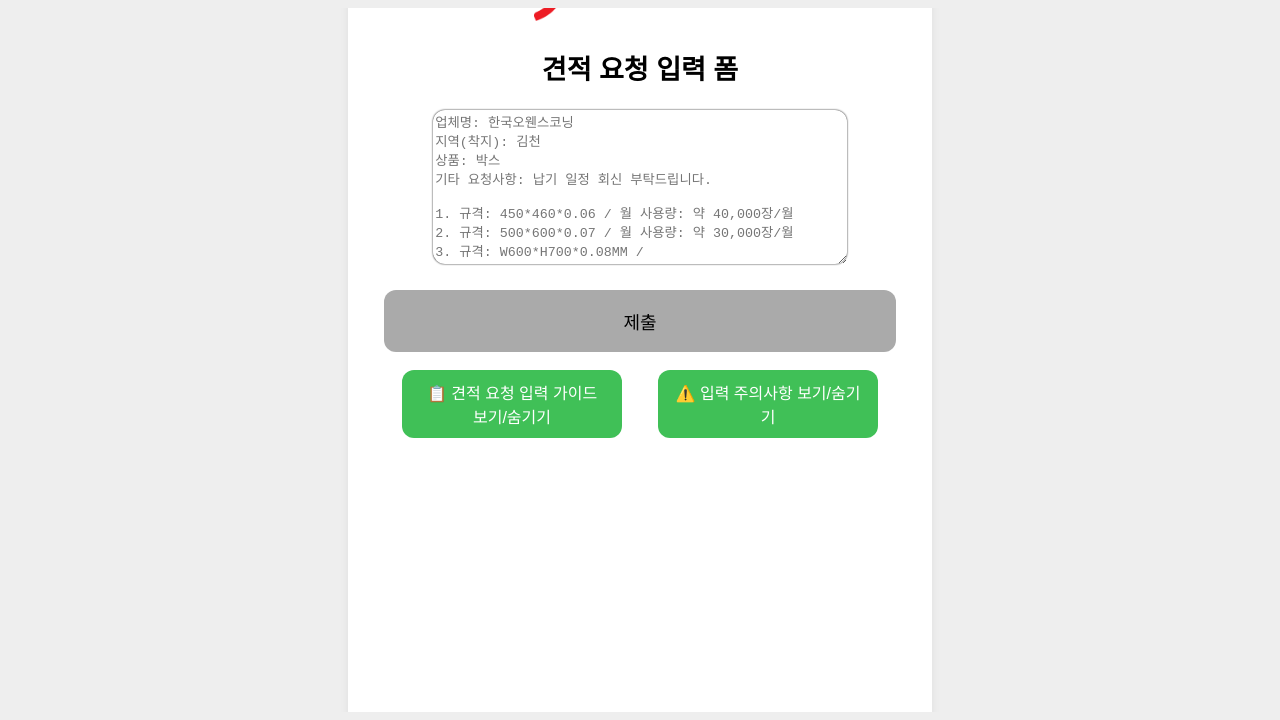
Repository: deul428/logis_test
Page: index.html
The author's editor kept a copy of each file at every save. The page is drawn from the files as they stood at one save, then again after the next save.
The browser window is 1280 px wide. The pictures show the whole page.
An inner scrolling area shows only its first screen. Some web fonts or font styles are not loaded; a fallback is used.

Above is the page before, as saved 2025-09-16 17:55:02.

### index.html
<!DOCTYPE html>
<!--
📋 견적 요청 입력 가이드
업체명: [회사명]
지역: [납품지역]
요청사항: [납기, 샘플 등 요청사항]1
1. 상품: / 규격: / 사용량: [월 예상 사용량] / 사용금액: [월 예상 사용금액] / 인쇄: [O/X]
2. 상품: / 규격: / 사용량: [월 예상 사용량] / 사용금액: [월 예상 사용금액] / 인쇄: [O/X]
3. 상품: / 규격: / 사용량: [월 예상 사용량] / 사용금액: [월 예상 사용금액] / 인쇄: [O/X]
⚠️ 입력 주의사항
1. 번호 표기 필수
　- 상품/규격별 정보는 반드시 1., 2., 3. 번호를 붙여 구분합니다.
2. 상품명 표기
　- 동일 상품 + 여러 규격 → 상품:은 한 번만 쓰고, 아래에 규격을 나열해도 가능
　- 서로 다른 상품 → 각 번호마다 반드시 개별 상품:을 함께 작성
3. 필수/선택 항목
　- 업체명, 지역, 상품은 필수
　- 규격, 사용량, 사용금액, 인쇄, 요청사항 등은 선택 (없는 값은 생략 가능) -->
<html lang="ko">
  <head>
    <meta charset="UTF-8" />
    <title>견적 요청 입력 폼</title>
    <link rel="stylesheet" href="./styles/common.css" />
  </head>
  <body>
    <div class="wrap">
      <div class="cntnt_box">
        <div id="header">
          <img class="ci" src="./src/aj_ci.png" />
          <h2>견적 요청 입력 폼</h2>
        </div>
        <div id="input_area">
          <form
            action="https://script.google.com/macros/s/AKfycbwvnTOYbOr6LT2mzblHA0HMxfJFboeq3WsBVHAYUvir3JEZxm_Qbn3yYHUbS3F-L1Fz/exec"
            method="post"
          >
            <!-- <label>메시지:</label><br /> -->
            <textarea
              name="message"
              rows="10"
              placeholder="업체명: 한국오웬스코닝
지역(착지): 김천
상품: 박스
기타 요청사항: 납기 일정 회신 부탁드립니다.

1. 규격: 450*460*0.06 / 월 사용량: 약 40,000장/월
2. 규격: 500*600*0.07 / 월 사용량: 약 30,000장/월
3. 규격: W600*H700*0.08MM /"
            ></textarea
            ><br /><br />
            <button type="submit">제출</button>
          </form>
        </div>
        <div id="desc_area">
          <div>
            <button class="toggle" onclick="toggleGuide('guideBox_01')">
              📋 견적 요청 입력 가이드 보기/숨기기
            </button>
            <div id="guideBox_01" class="desc_box">
              <div id="guide_01" class="desc">
                <p>📋 견적 요청 입력 가이드</p>
                <p>
                  업체명: [회사명]<br />
                  지역: [납품지역]<br />
                  요청사항: [납기, 샘플 등 요청사항]
                </p>

                <p>
                  1. 상품: / 규격: / 사용량: [월 예상 사용량] / 사용금액: [월
                  예상 사용금액] / 인쇄: [O/X]<br />
                  2. 상품: / 규격: / 사용량: [월 예상 사용량] / 사용금액: [월
                  예상 사용금액] / 인쇄: [O/X]<br />
                  3. 상품: / 규격: / 사용량: [월 예상 사용량] / 사용금액: [월
                  예상 사용금액] / 인쇄: [O/X]
                </p>
              </div>
            </div>
          </div>
          <div>
            <button class="toggle" onclick="toggleGuide('guideBox_02')">
              ⚠️ 입력 주의사항 보기/숨기기
            </button>
            <div id="guideBox_02" class="desc_box">
              <div id="guide_02" class="desc">
                <p>⚠️ 입력 주의사항</p>
                <p>
                  1. 번호 표기 필수<br />
                  - 상품/규격별 정보는 반드시 1., 2., 3. 번호를 붙여
                  구분합니다.<br />
                  2. 상품명 표기<br />
                  - 동일 상품 + 여러 규격 → 상품:은 한 번만 쓰고, 아래에 규격을
                  나열해도 가능<br />
                  - 서로 다른 상품 → 각 번호마다 반드시 개별 상품:을 함께
                  작성<br />
                  3. 필수/선택 항목<br />
                  - 업체명, 지역, 상품은 필수<br />
                  - 규격, 사용량, 사용금액, 인쇄, 요청사항 등은 선택 (없는 값은
                  생략 가능)
                </p>
              </div>
            </div>
          </div>
        </div>
      </div>
    </div>
  </body>
  <script>
    function toggleGuide(e) {
      const guideBox = document.getElementById(e);
      guideBox.classList.toggle("open");
    }
  </script>
</html>

### styles/common.css
@import url("https://fonts.googleapis.com/css2?family=Chiron+GoRound+TC:wght@200..900&family=Nanum+Pen+Script&display=swap");
html,
body {
  font-family: "Chiron GoRound TC", sans-serif;
  font-optical-sizing: auto;
  font-weight: 400;
  font-style: normal;
  font-size: 18px;
  width: 100dvw;
  height: 100dvh;
  overflow: hidden;
  background: #eee;
  display: flex;
  justify-content: center;
  align-items: center;
  flex-direction: column;
}
.wrap {
  width: 40%;
  /* height: 60%; */
  padding: 2rem;
  background: white;
  border-radius: 12px;
  box-shadow: 0 5px 10px 0 rgba(0, 0, 0, 0.064);
}
.cntnt_box {
  width: 100%;
  height: 100%;
  display: flex;
  justify-content: flex-start;
  align-items: center;
  flex-direction: column;
}
#header {
  text-align: center;
  width: 20dvw;
}
.ci {
  width: 100%;
}

#input_area {
  margin-bottom: 1rem;
  width: 100%;
}
#input_area form {
  width: 100%;
  text-align: center;
}
#input_area form > textarea {
  width: 80%;
  border: none;
  border-radius: 12px;
  box-shadow: 0 0 2px 0 #000;
}
#input_area label {
}
#input_area button {
  all: unset;
  width: 100%;
  background: #aaa;
  padding: 1rem 0;
  border-radius: 12px;
  transition: background 0.3s linear;
  cursor: pointer;
}
#input_area button:hover {
  background: #ccc;
}
#desc_area {
  width: 100%;
  height: 50dvh;
  overflow-y: auto;
  margin-bottom: 24px;
  display: flex;
  flex-direction: row;
}
#desc_area > div {
  width: 50%;
}
#desc_area > div .toggle {
  width: calc(100% - 2rem);
  margin-inline-start: 1rem;
  z-index: 999;
  display: inline-block;
  padding: 10px 16px;
  font-size: 16px;
  background: #40c057;
  color: #fff;
  border: none;
  border-radius: 12px;
  cursor: pointer;
  transition: background 0.3s linear;
}
#desc_area .toggle:hover {
  background: #37b24d;
}

#desc_area > div .desc_box {
  width: calc(100% - 4rem);
  margin-inline-start: 1rem;
  display: flex;
  flex-direction: column;
  max-height: 0;
  opacity: 0;
  transition: max-height 0.3s linear; /* , opacity 0.3s linear; */
  background: #f9f9f9;
  border: 1px solid #ddd;
  border-radius: 6px;
  margin-top: 10px;
  padding: 1rem;
}

#desc_area .desc_box.open {
  max-height: 500px; /* 충분히 큰 값 */
  opacity: 1;
}

After the next save:
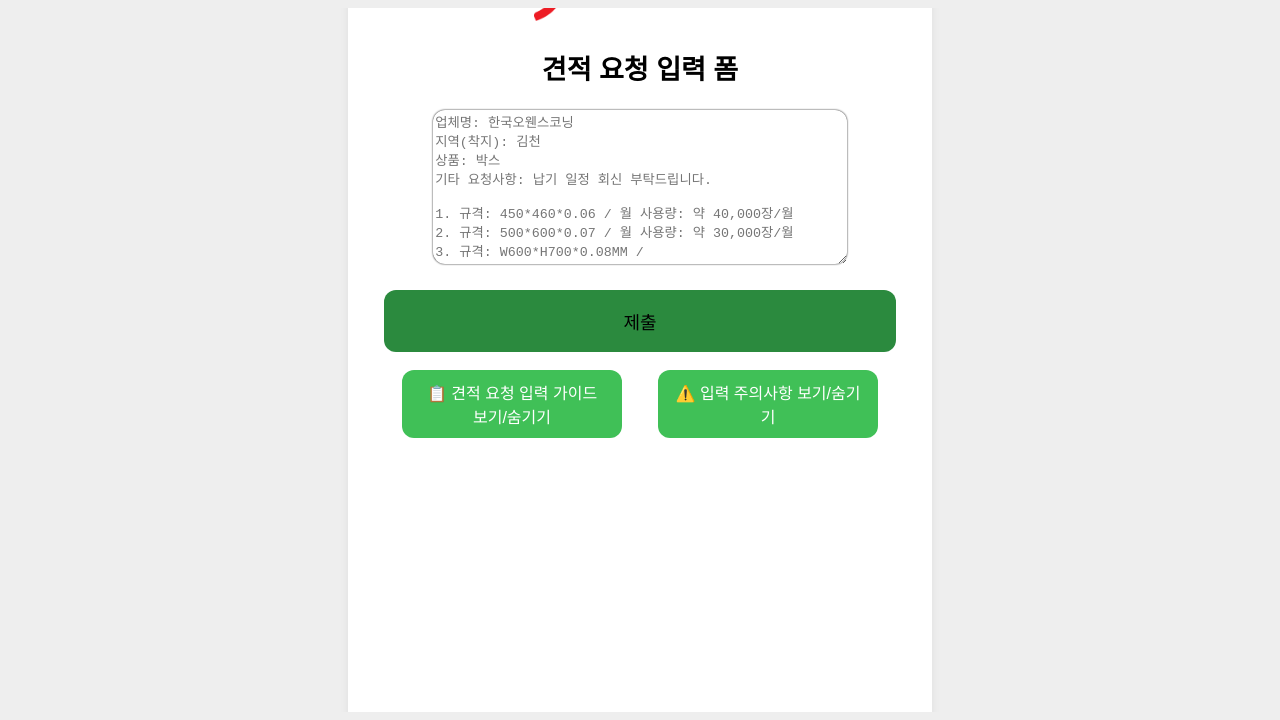
Saved 17 s later.
--- a/styles/common.css
+++ b/styles/common.css
@@ -58,7 +58,7 @@
 #input_area button {
   all: unset;
   width: 100%;
-  background: #aaa;
+  background:#2b8a3e;
   padding: 1rem 0;
   border-radius: 12px;
   transition: background 0.3s linear;
